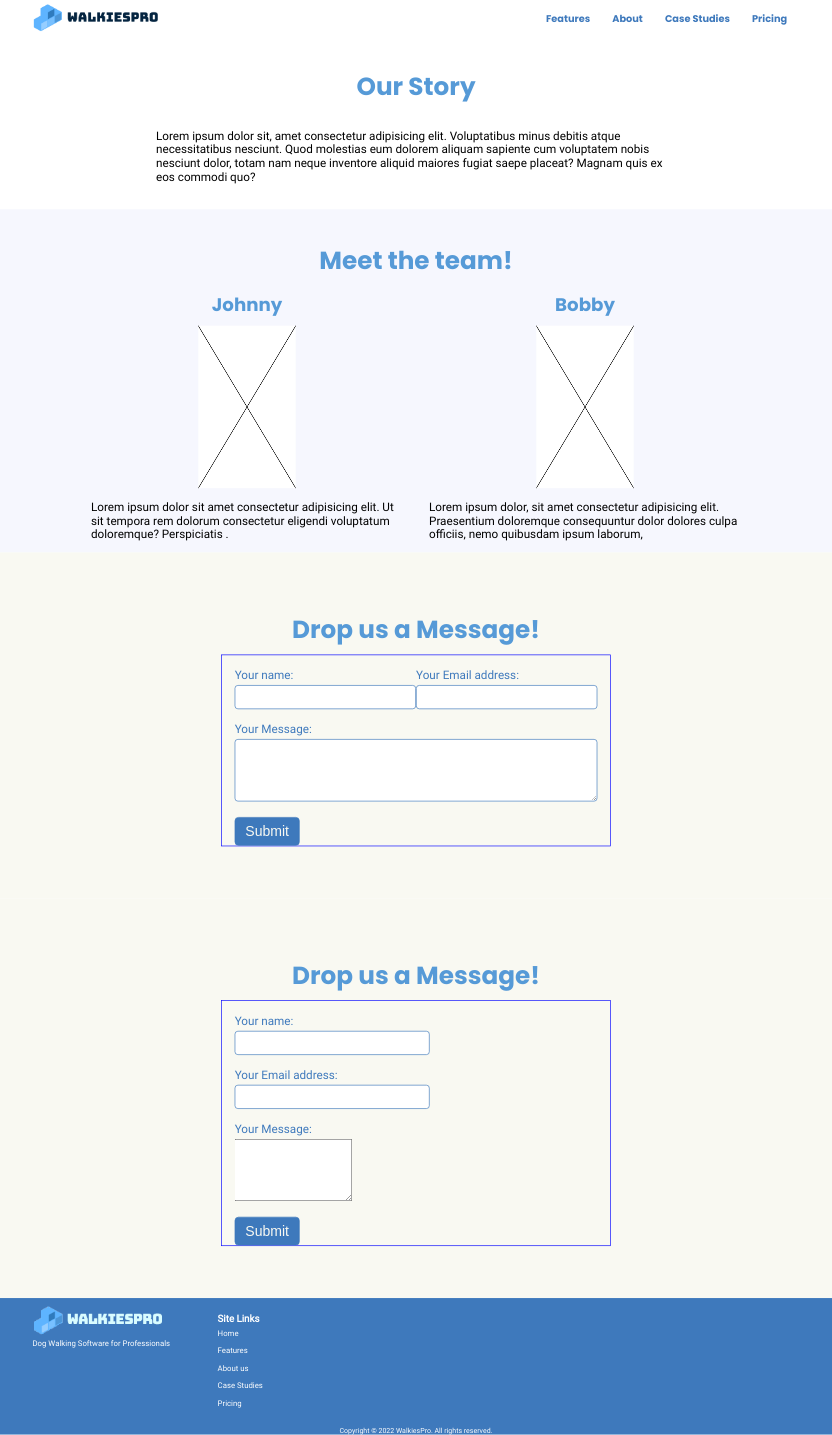
Repository: StevieC87/LAYOUT4
Page: about-us.html
An editor plug-in stored every save of this project. The page is shown before and after the next save, followed by the edit.
The browser window is 1280 px wide. The pictures show the whole page, at 65% of full size.

Above is the page before, as saved 2022-01-04 22:00:20.

After the next save:
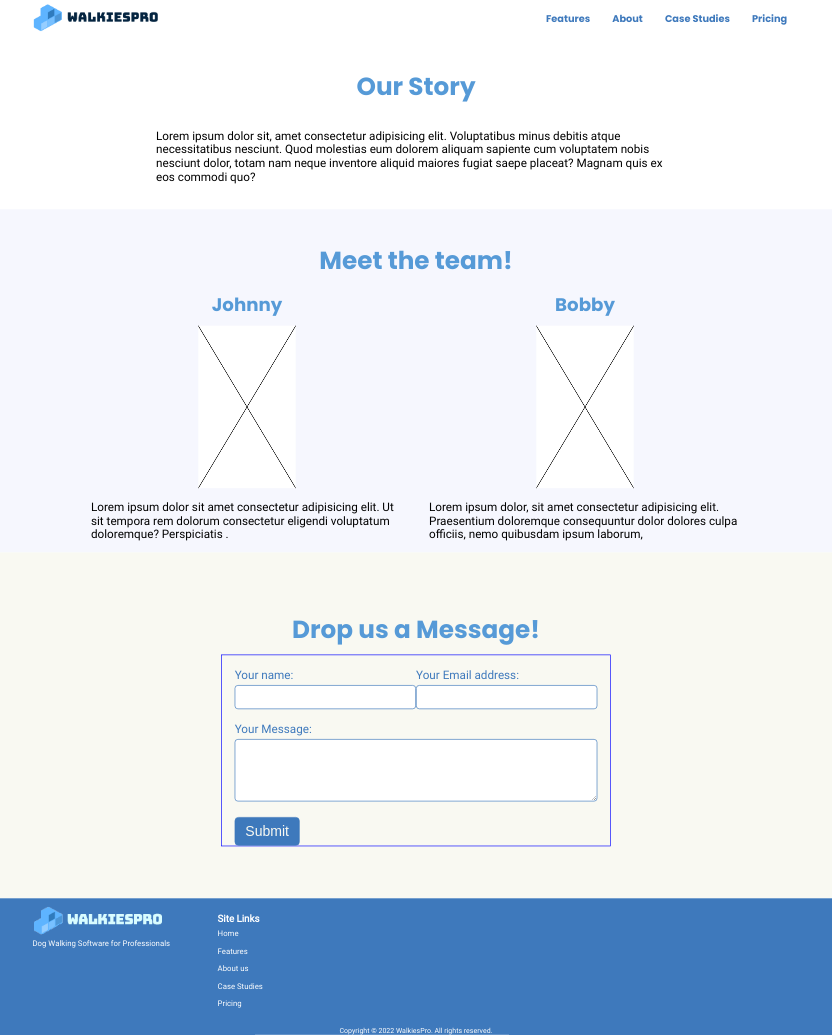
Saved 3 min 14 s later.
--- a/about-us.html
+++ b/about-us.html
@@ -103,30 +103,7 @@
         </form>
        </div>
      </section>
-     <!-- ORIGINAL -->
-     <section class="contactuswrapper">
-      <div class="contactusinnerwrapper">
-       <h2 class="centertext">Drop us a Message! </h2>
-       <form action="">
-         <div class="aboutusformgrid">
-             <div class="yournamediv">
-               <label for="yourname">Your name:</label>
-               <input type="text" name="yourname" id="yourname">
-             </div>
-             <div class="emaildiv">
-               <label for="youremail">Your Email address:</label>
-               <input type="email" name="youremail" id="youremail"></div>
-             <div class="textareadiv">
-               <label for="yourmsg">Your Message:</label>
-               <textarea name="yourmsg" id="yourmsg" rows="6"></textarea>
-             </div>
 
-             <button class="btn submit">Submit</button>
-
-         </div>
-       </form>
-      </div>
-    </section>
       <!------------------ FOOTER --------------------->
       <footer id="footer">
         <div class="footerwrapper">
